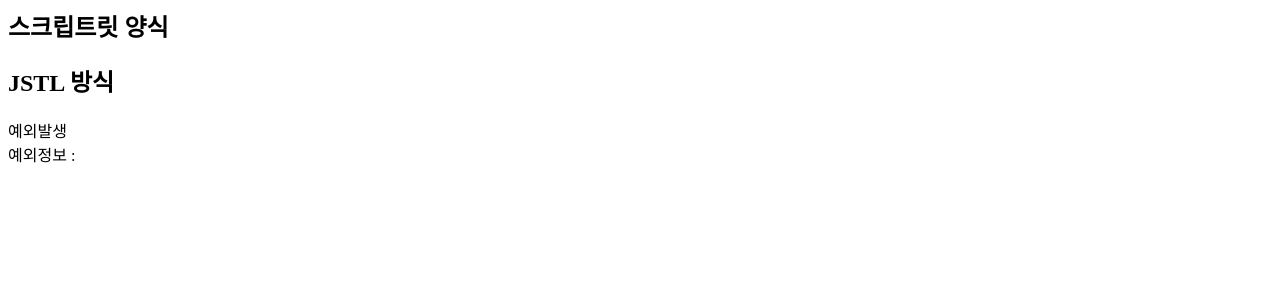
Repository: LTaeHoon/javajsp_ncs
Page: http://localhost/chap08_join_Taglib/JSTL/JSTL01.jsp
These files come from the project's save history. The page is drawn as it stood at one moment and after the next save; the edit follows.
The browser window is 1280 px wide. The pictures show the whole page.
The page is served by Tomcat 9. Other server files are loaded and not shown.

Above is the page before, as saved 2017-01-24 07:48:15.

### chap08_join_Taglib/WebContent/JSTL/JSTL01.jsp
<%@ page language="java" contentType="text/html; charset=UTF-8"
    pageEncoding="UTF-8"%>
<%@ taglib prefix="c" uri="http://java.sun.com/jsp/jstl/core" %>

<!--  JSTL 특징
	1. JSTL(Jsp Standard Tag Lib.)
	2. 스크립트릿 보다 코드 가독성 제공
	3. 라이브러리(2개) : 자카르타 사이트 다운로드
	4. if, for 로직 작성
	5. taglib 지시어를 이용
-->
<%
	request.setCharacterEncoding("UTF-8");
%>
<!-- bean 객체 생성 -> 초기화  -->
<jsp:useBean id="user" class="join.User"/>
<jsp:setProperty property="*" name="user"/>
<h2> 스크립트릿 양식 </h2>
<%
	if(user.getName()!=null){
		%>
			<h2>이름 : <%=user.getName() %></h2>
		<%
	}
	if(user.getAddress()!=null){
		%>
		<h2>주소 : <%=user.getAddress() %></h2>
		<%
	}
%>
<h2> JSTL 방식 </h2>
<!-- if문 형식) [c:if test="조건식"] 내용 [/c:if] -->
<c:if test="${!empty user.name}">
	<h2> 이름 : ${user.name} </h2>
</c:if>
<c:if test="${!empty user.address}">
	<h2> 주소 : ${user.address} </h2>
</c:if>

<!-- 예외처리 -->
<c:catch var="exception">
	예외발생<br>
	<%=10/0 %> <!-- 산술적 예외 발생 -->
</c:catch>

예외정보 : ${var } <!-- 예외정보는 표현언어 이용 -->

### chap08_join_Taglib/src/join/User.java
package join;

public class User {
	private String name;
	private String address;
	public String getName() {
		return name;
	}
	public void setName(String name) {
		this.name = name;
	}
	public String getAddress() {
		return address;
	}
	public void setAddress(String address) {
		this.address = address;
	}

}

After the next save:
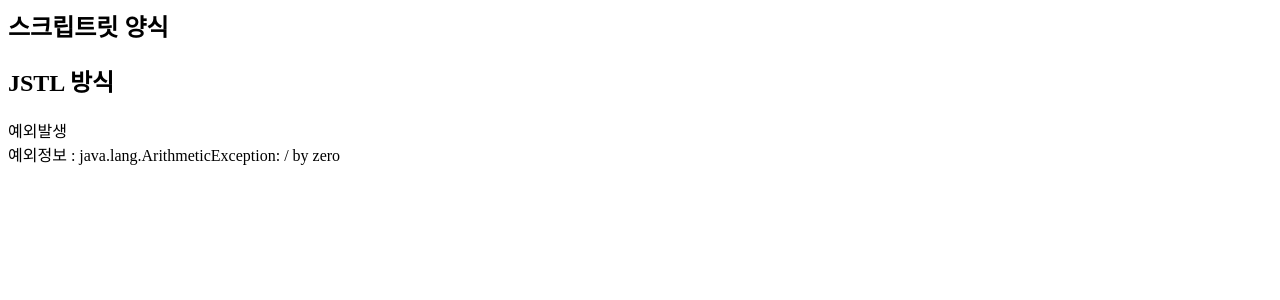
Saved 38 s later.
--- a/chap08_join_Taglib/WebContent/JSTL/JSTL01.jsp
+++ b/chap08_join_Taglib/WebContent/JSTL/JSTL01.jsp
@@ -43,4 +43,4 @@
 	<%=10/0 %> <!-- 산술적 예외 발생 -->
 </c:catch>
 
-예외정보 : ${var } <!-- 예외정보는 표현언어 이용 -->
+예외정보 : ${exception } <!-- 예외정보는 표현언어 이용 -->
